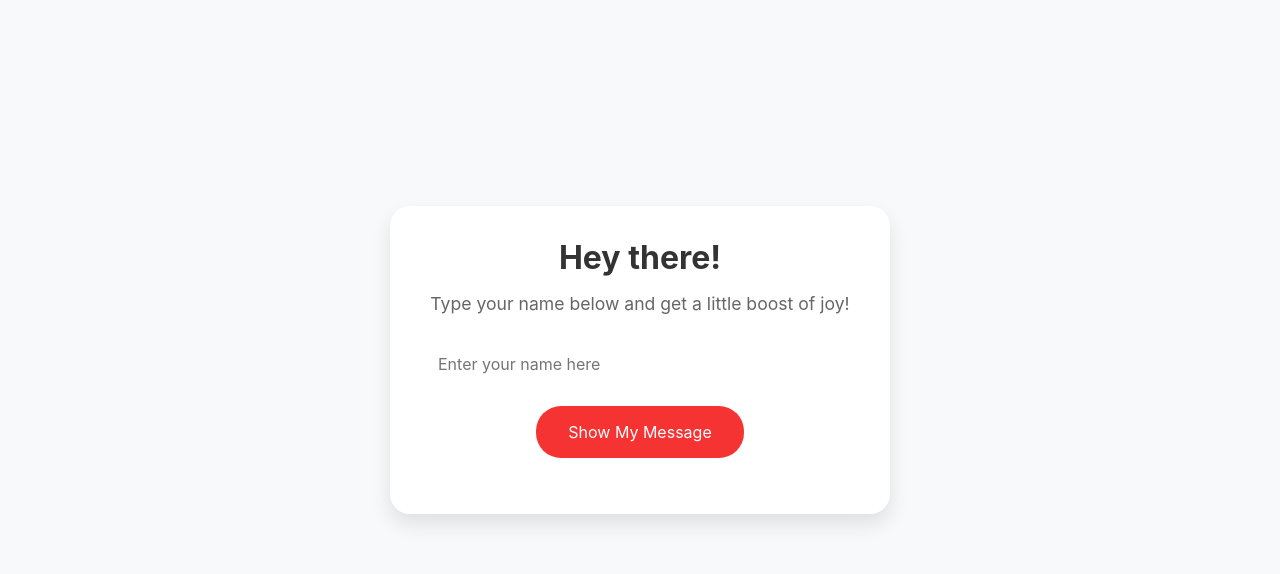
Repository: joelojieabu/biblicalWordsOfEncouragement
Page: biblicalWordsOfEncouragement.html
These files come from the project's save history. The page is drawn as it stood at one moment and after the next save; the edit follows.
The browser window is 1280 px wide. The pictures show the whole page.

Above is the page before, as saved 2024-12-26 12:53:52.

After the next save:
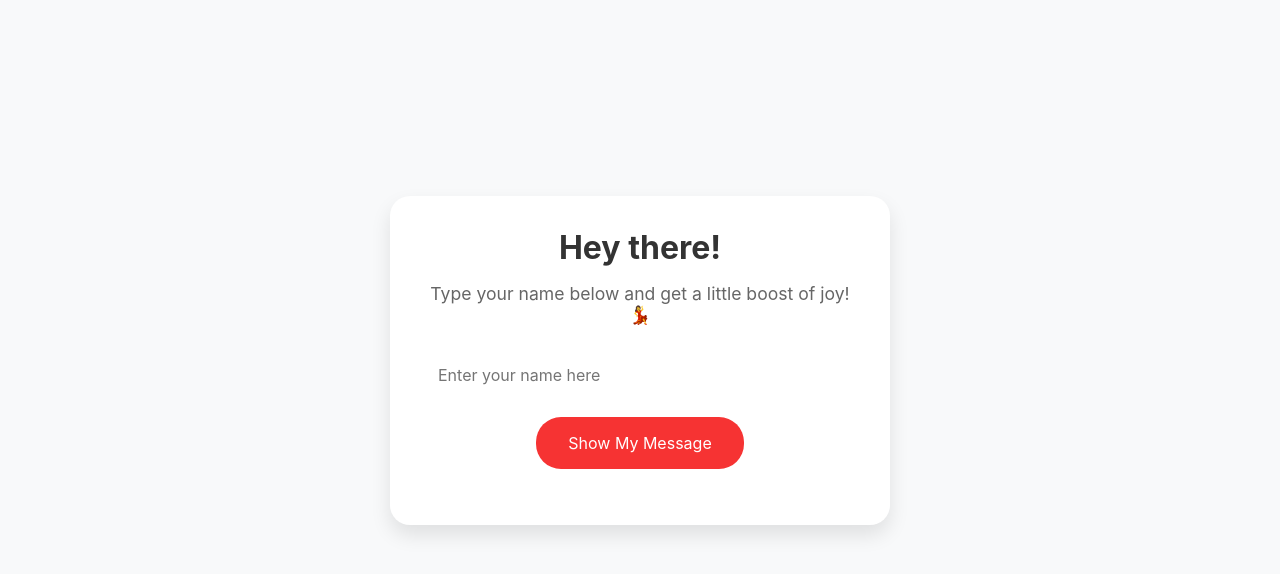
Saved 1 s later.
--- a/biblicalWordsOfEncouragement.html
+++ b/biblicalWordsOfEncouragement.html
@@ -106,7 +106,7 @@
     <div class="card">
       <h1>Hey there!</h1>
       <p class="subtitle">
-        Type your name below and get a little boost of joy!
+        Type your name below and get a little boost of joy! 💃
       </p>
       <input type="text" id="nameInput" placeholder="Enter your name here" />
       <button onclick="showMessage()">Show My Message</button>
